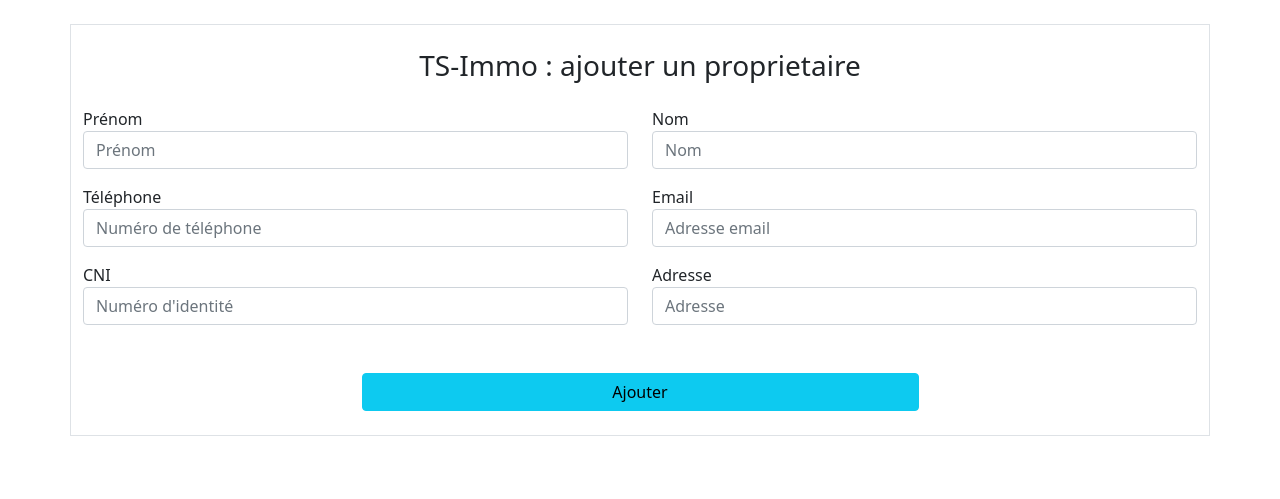
Repository: saliou-t/TS-IMMO
Page: http://localhost/src/views/proprietaire/new.html.php
The author's editor kept a copy of each file at every save. The page is drawn from the files as they stood at one save, then again after a run of saves.
The browser window is 1280 px wide. The pictures show the whole page.
The page is run by PHP 8.4 with error messages shown; the project is at /var/www/html/.

Above is the page before, as saved 2022-04-03 15:01:28.

### src/views/proprietaire/new.html.php
<!DOCTYPE html>
<html lang="en">
<head>
    <meta charset="UTF-8">
    <meta http-equiv="X-UA-Compatible" content="IE=edge">
    <meta name="viewport" content="width=device-width, initial-scale=1.0">
    <link href="https://cdn.jsdelivr.net/npm/bootstrap@5.1.3/dist/css/bootstrap.min.css" rel="stylesheet" integrity="sha384-1BmE4kWBq78iYhFldvKuhfTAU6auU8tT94WrHftjDbrCEXSU1oBoqyl2QvZ6jIW3" crossorigin="anonymous">
    <title>Ajouter Proprietaire</title>

</head>
<body>

<div class="container jumbotron ">
    <div class="row border py-4 my-4">
        <h3 class="text-center">TS-Immo : ajouter un proprietaire</h3>
        <form action="" methode="POST">
            <div class="row my-3">
                <div class="col">
                    <label for="Prénom">Prénom</label>
                    <input class="form-control" name ="prenom" type="text" placeholder="Prénom">
                </div>
                <div class="col">
                    <label for="nom">Nom</label>
                    <input class="form-control" name="nom" type="text" placeholder="Nom">
                </div>
            </div>
            <div class="row my-3">
                <div class="col">
                    <label for="telephone">Téléphone</label>
                    <input class="form-control" name="telephone" type="text" placeholder="Numéro de téléphone">
                </div>
                <div class="col">
                    <label for="email">Email</label>
                    <input class="form-control" name="email" type="text" placeholder="Adresse email">
                </div>
            </div>
            <div class="row">
                <div class="col">
                    <label for="cni">CNI</label>
                    <input class="form-control" name="CNI" type="text" placeholder="Numéro d'identité">
                </div>
                <div class="col">
                    <label for="adresse">Adresse</label>
                    <input class="form-control" name="adresse" type="text" placeholder="Adresse">
                </div>
            </div>
            <div class="row mt-5 justify-content-around">
                <div class="col text-center  ">
                    <a class="btn btn-info mx-auto w-50" href="">Ajouter</a>
                </div>
            </div>
        </form>
    </div>
</div>
</body>
</html>

After the next 2 saves:
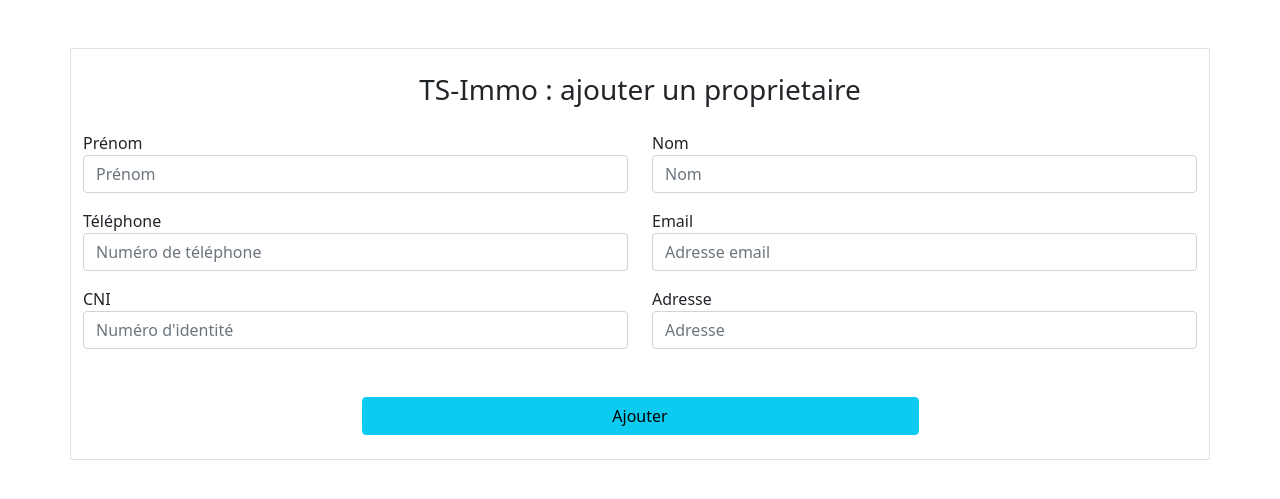
The 2 saves are shown as one change because they came seconds apart.
The last was saved 6 s later.
--- a/src/views/proprietaire/new.html.php
+++ b/src/views/proprietaire/new.html.php
@@ -10,7 +10,7 @@
 </head>
 <body>
 
-<div class="container jumbotron ">
+<div class="container jumbotron py-4">
     <div class="row border py-4 my-4">
         <h3 class="text-center">TS-Immo : ajouter un proprietaire</h3>
         <form action="" methode="POST">
